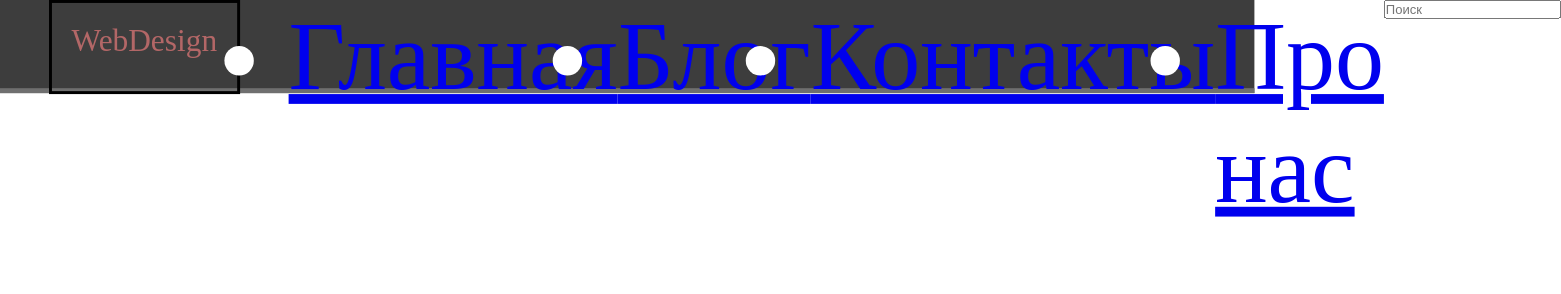
Repository: andbaik/Itprog
Page: index.htm
An editor plug-in stored every save of this project. The page is shown before and after a run of saves, followed by the edit.
The browser window is 1280 px wide. The page is 1593 px wide, so the pictures cover 1593 px, including what lies to the right of the window. The pictures show the whole page, at 98% of full size.

Above is the page before, as saved 2021-01-19 15:55:41.

### index.htm
<!DOCTYPE html>
<html lang="en">
<head>
    <meta charset="UTF-8">
    <meta name="viewport" content="width=device-width, initial-scale=1.0">
    <link rel="stylesheet" href="css/style.css">
    <title>Моя страница</title>
</head>
<body>
    <div class="header">
        <div class="logo">
            <a href="#">WebDesign</a>
        </div>
        <div class="nav">
                <ul>
                    <li><a href="#">Главная</a></li>
                    <li><a href="#">Блог</a></li>
                    <li><a href="#">Контакты</a></li>
                    <li><a href="#">Про нас</a></li>
                </ul>
        </div>
        <div class="search">
            <form action="" method="POST" id="search" name="search">
                <input type="text" placeholder="Поиск">
            </form>
        </div>
    </div>
</body>
</html>

### css/style.css
* {
    margin: 0;
    padding: 0;
}

.header {
    vertical-align: center;
    display: flex;
    width: 100%;
    height: 90px;
    background-color: #3D3D3D;
    border-bottom: 5px solid #6F6F6F;

}
.logo {
    height: 50px;
    weight: 150px;
    margin: 0px 50px;
    padding: 20px;
    border: 3px solid black;
    vertical-align: center;
}
.logo a{
    color: #B36767;
    text-decoration: none;
    text-align: center;
    font-size: xx-large;
}

li{
    color: #fff;
    font-size: 100px;
    text-decoration: none;
}

.header ul {
    display: flex;
}

After the next 3 saves:
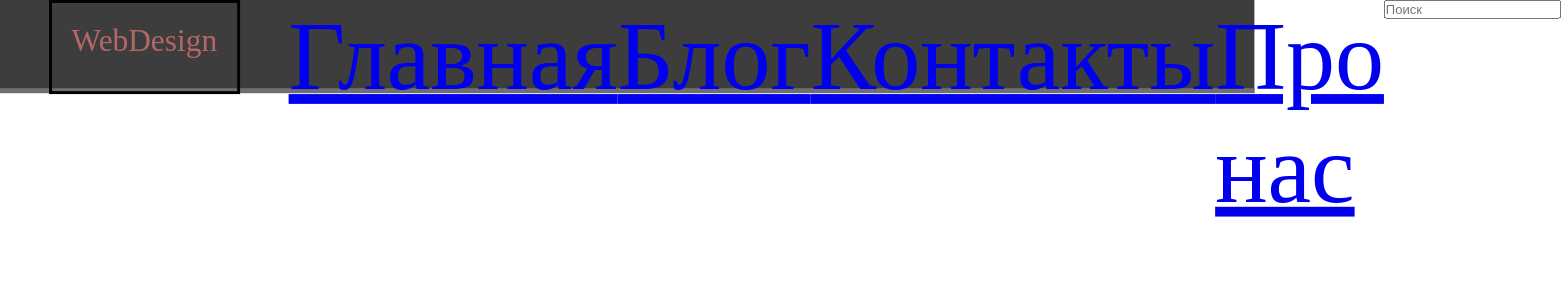
The 3 saves are shown as one change because they came seconds apart.
The last was saved 13 s later.
--- a/css/style.css
+++ b/css/style.css
@@ -28,6 +28,7 @@
 }
 
 li{
+    display: contents;
     color: #fff;
     font-size: 100px;
     text-decoration: none;

After the 3 saves that followed:
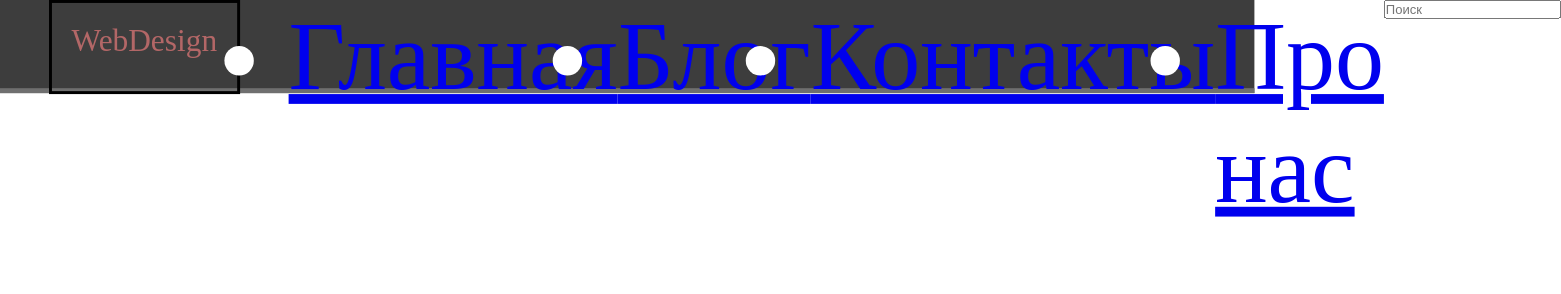
The 3 saves are shown as one change because they came seconds apart.
The last was saved 15 s later.
--- a/css/style.css
+++ b/css/style.css
@@ -28,7 +28,7 @@
 }
 
 li{
-    display: contents;
+    display: ;
     color: #fff;
     font-size: 100px;
     text-decoration: none;
